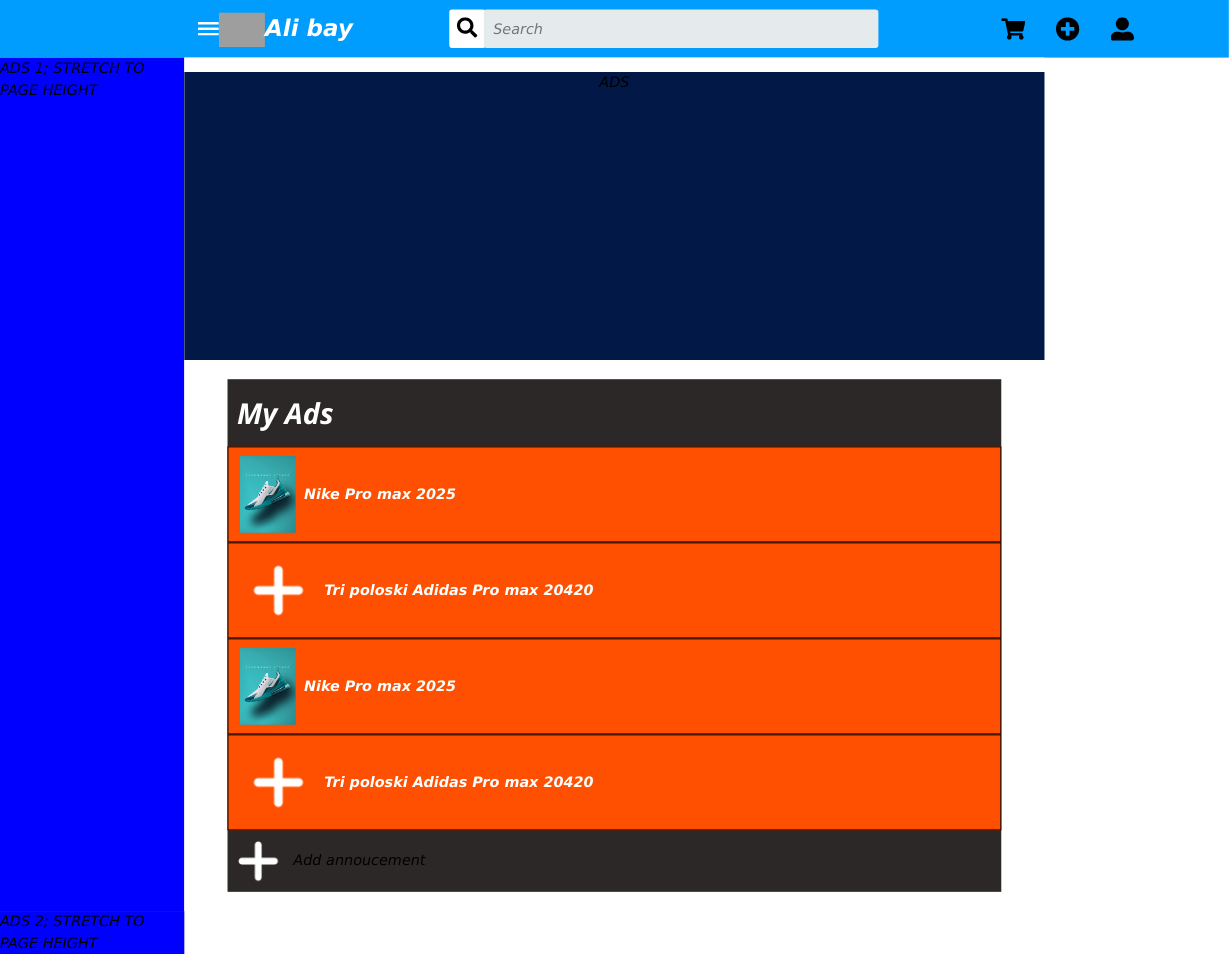
Repository: Aramys21/alibay-site
Page: public/ad_list.html
The author's editor kept a copy of each file at every save. The page is drawn from the files as they stood at one save, then again after the next save.
The browser window is 1280 px wide. The pictures show the whole page, at 96% of full size.
Pictures or frames that could not be fetched are drawn as grey boxes.

Above is the page before, as saved 2023-04-05 00:51:25.

After the next save:
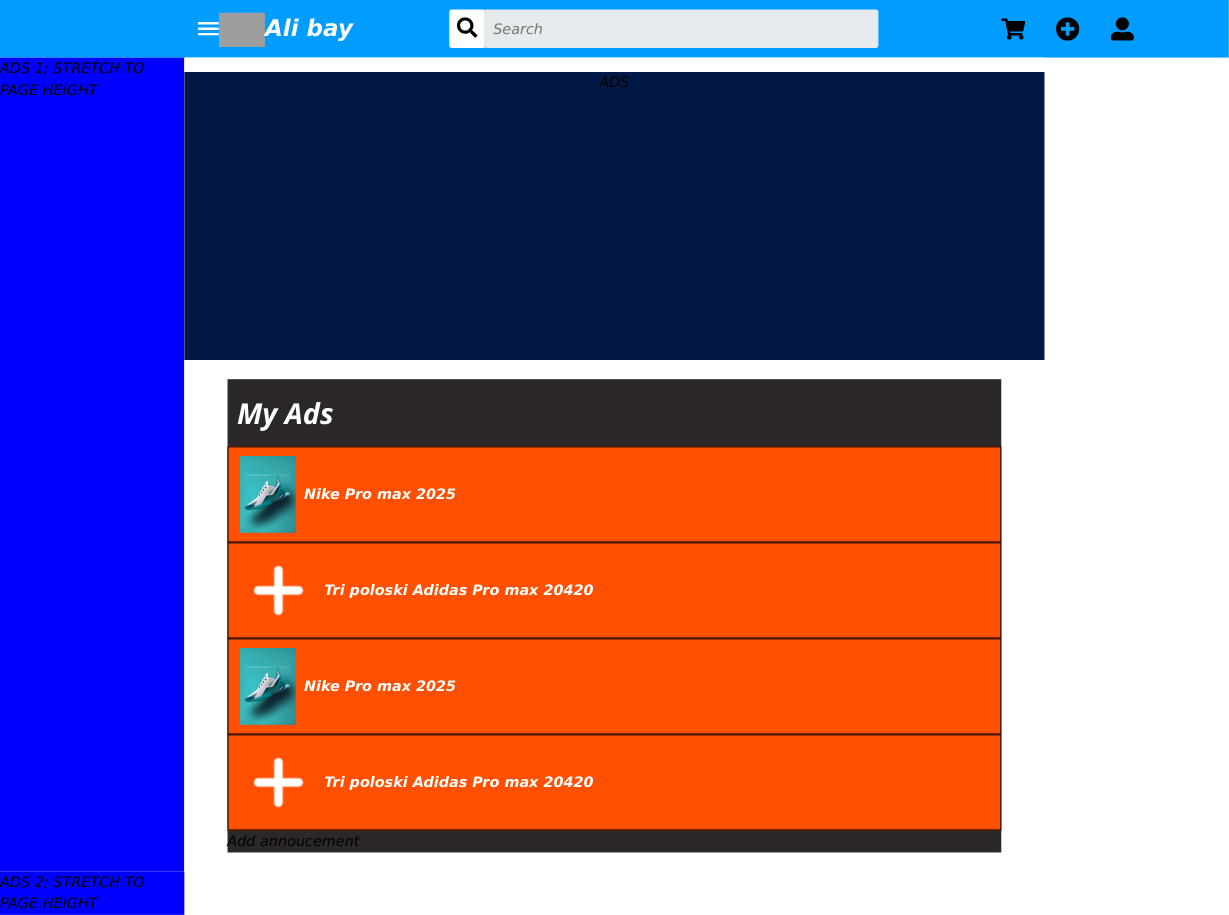
Saved 7 s later.
--- a/public/ad_list.html
+++ b/public/ad_list.html
@@ -130,7 +130,6 @@
 			</div>
 			<!-- single item end -->
 			<a class="link-item-list-full" href="#">
-			<a href="#"><img src="src/images/ades (2).png"></a>
 			<a href="#" style="text-decoration: none;">Add annoucement</a>
 				</a>
 			</div>
